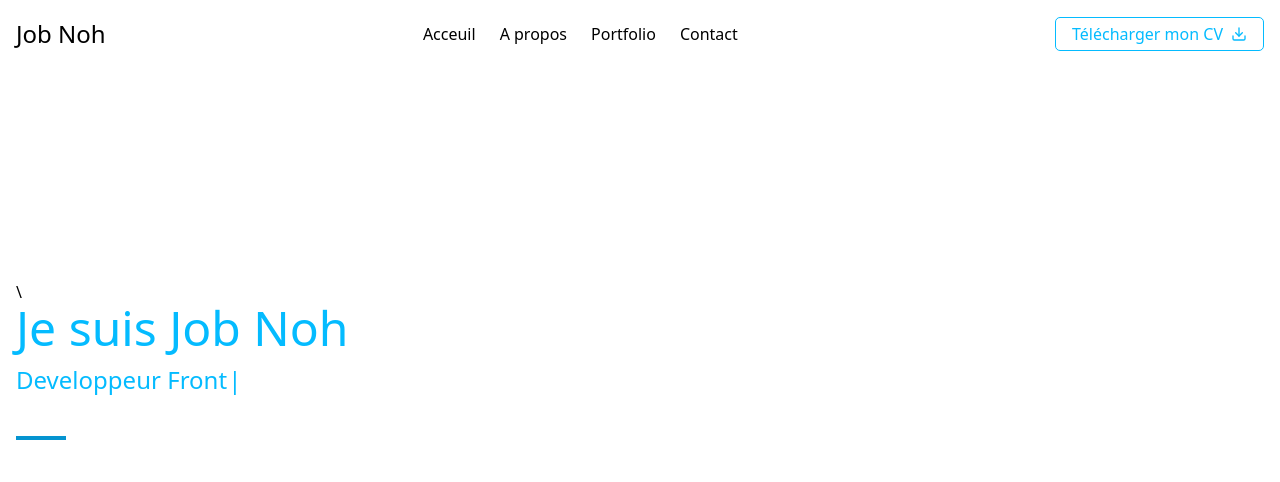
Repository: anoy1010/Nextportfolio
Page: /
An editor plug-in stored every save of this project. The page is shown before and after the next save, followed by the edit.
The browser window is 1280 px wide. The pictures show the whole page.
The project was rebuilt for these pictures with package versions that can differ from the ones it lists, and the page was loaded fresh each time. The framework's server and built-in components were replaced by stand-ins that run in the browser. Also part of the build but not shown: next.config.js, styles/Home.module.css.

Above is the page before, as saved 2023-03-06 16:31:25.

### pages/index.js
import Head from 'next/head'
import Image from 'next/image'
import { Inter } from '@next/font/google'
import styles from '../styles/Home.module.css'
import Navbar from '../components/Navbar'
import Hero from '../components/Hero'
const inter = Inter({ subsets: ['latin'] })

export default function Home() {
  return (
    <>
      <Head>
        <title>Portfolio | Noh Job</title>
        <meta name="description" content="Generated by create next app" />
        <meta name="viewport" content="width=device-width, initial-scale=1" />
        <link rel="icon" href="/favicon.ico" />
      </Head>

      <header>
        < Navbar />
      </header>

      <main>
        <Hero />
      </main>

    </>
  )
}

### components/Navbar.js
import Link from 'next/link'
import React from 'react'
import {FiDownload} from 'react-icons/fi'
import {RiMenu5Line} from 'react-icons/ri'

const Navbar = () => {
  return (
    <div className='bg-white fixed top-0 w-[100%] z-10 '>
        <div className='container mx-auto flex justify-between items-center py-4 px-4'>
            <div className='text-[24px]'>Job Noh</div>

            <div className='hidden md:flex gap-6'>

                <Link href='/Acceuil' className='hover:text-[#04bbff]'>
                    Acceuil
                </Link>
                <Link href='/A propos' className='hover:text-[#04bbff]' >
                    A propos
                </Link>
                <Link href='/Portfolio' className='hover:text-[#04bbff]'>
                    Portfolio
                </Link>
                <Link href='/Contact' className='hover:text-[#04bbff]'>
                    Contact
                </Link>



            </div>

            <a href='#' className='hidden  md:flex border border-[#04bbff] px-4 py-1 text-[#04bbff] rounded-[5px] items-center gap-2 hover:bg-[#04bbff] hover:text-white transition duration-200 '>
                Télécharger mon CV
                <FiDownload/>
                </a>

            <div className='md:hidden text-[24px] '>
                <RiMenu5Line/>
            </div>
        </div>
    </div>
  )
}

export default Navbar

### components/Hero.js
import React from 'react'

import Typewriter, { TypewriterClass } from "typewriter-effect"

const Hero = () => {
  return (
    <div className='bg-[url("")] h-screen bg-cover bg-center bg-fixed flex items-center'>
        <div className='container mx-auto px-4'>\
            <div className='max-x-[450px] text-[#04bbff] flex flex-col gap-[40px]'>
                <div>
                    <h1 className='text-5xl'>
                        Je suis Job Noh
                    </h1>
                    <h4 className=' text-2xl mt-3'>
                        <Typewriter
                            options = {{
                                strings: [
                                    "Developpeur Front-end",
                                    "Developpeur Back-end",
                                    "Analyste de donnée",
                                    "Chef de projet",
                                    "Graphic designer",
                                    "Developpeur mobile"
                                ],
                                changeDelay:3,
                                changeDeleteSpeed:2,
                                autoStart:true,
                                loop:true,
                            }}
                        />
                    </h4>
                </div>

                <div className='bg-[#0594d0] h-[4px] w-[50px]'>

                </div>

            </div>

        </div>
    </div>
  )
}

export default Hero

Loaded but not shown: pages/_app.js (common file); pages/_document.js (common file); styles/globals.css (common file); tailwind.config.js (common file)

After the next save:
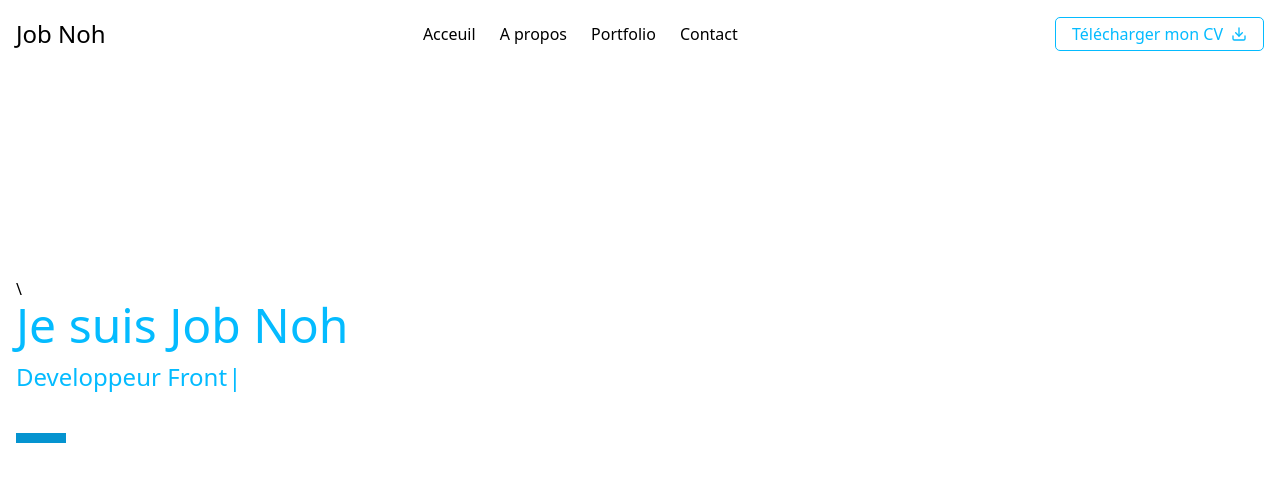
Saved 12 s later.
--- a/components/Hero.js
+++ b/components/Hero.js
@@ -31,7 +31,7 @@ const Hero = () => {
                     </h4>
                 </div>
 
-                <div className='bg-[#0594d0] h-[4px] w-[50px]'>
+                <div className='bg-[#0594d0] h-[10px] w-[50px]'>
 
                 </div>
 
